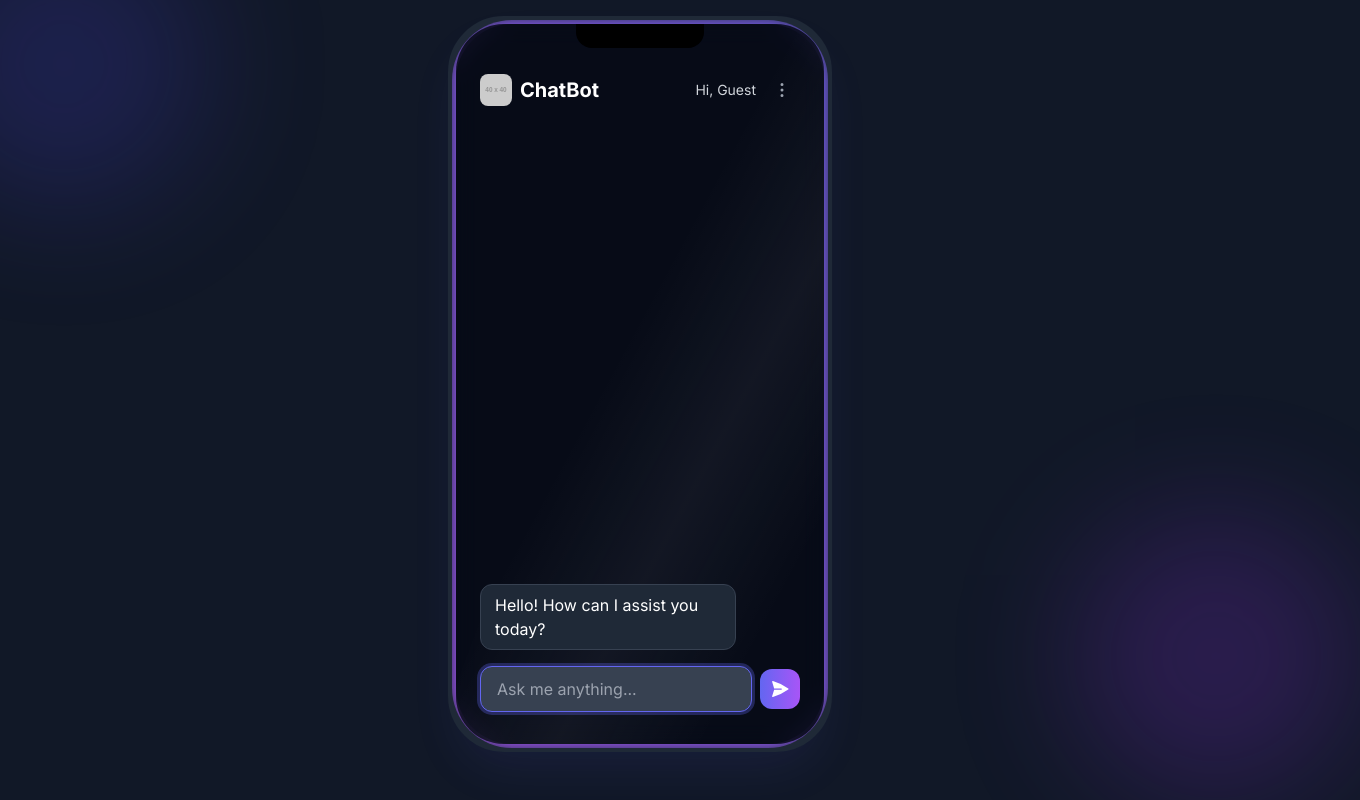
Repository: Punith-Singh/chatbot
Page: frontend/home.html
The author's editor kept a copy of each file at every save. The page is drawn from the files as they stood at one save, then again after the next save.
The browser window is 1280 px wide. The page is 1360 px wide, so the pictures cover 1360 px, including what lies to the right of the window. The pictures show the whole page.
Pictures or frames that could not be fetched are drawn as grey boxes. Some web libraries are served in a nearby version.

Above is the page before, as saved 2025-11-09 13:27:07.

After the next save:
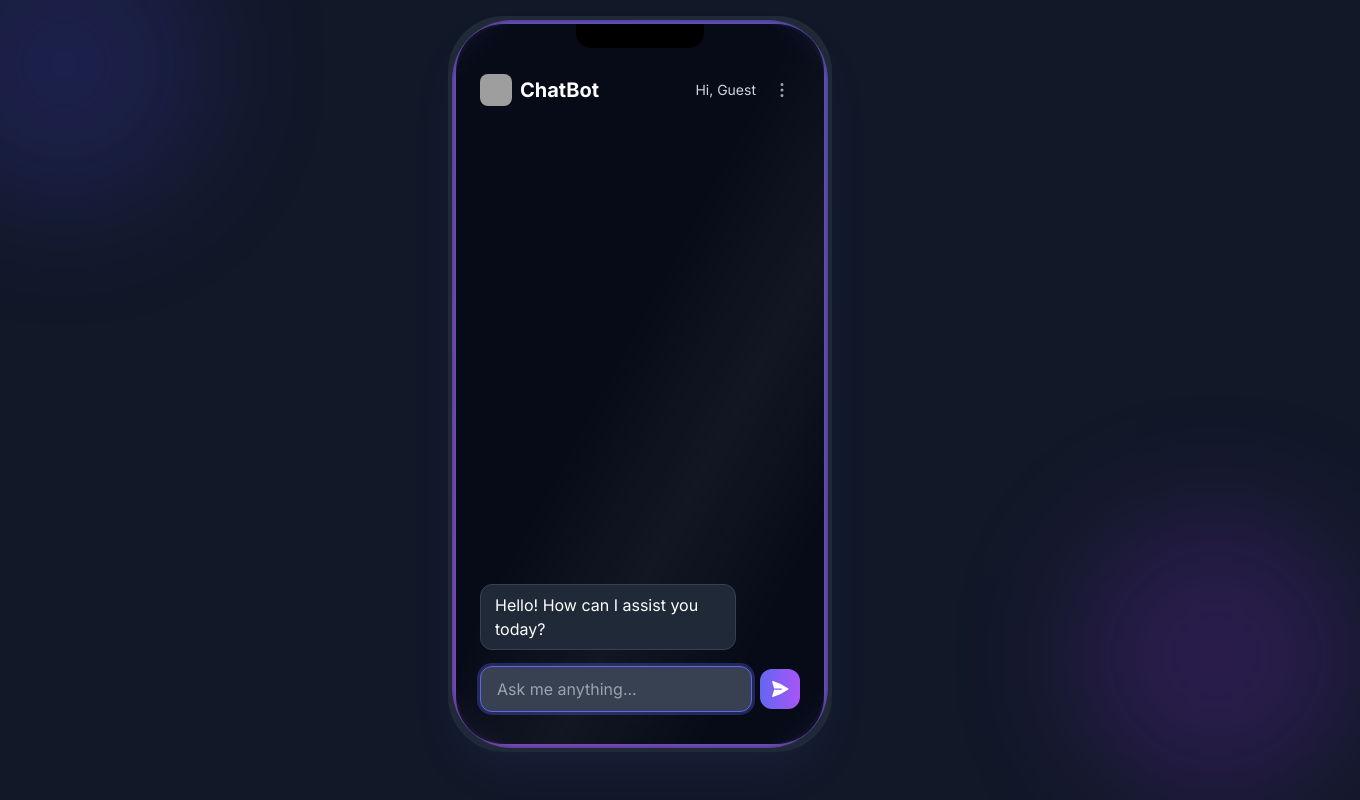
Saved 3 min 8 s later.
--- a/frontend/home.html
+++ b/frontend/home.html
@@ -233,7 +233,7 @@
           <div class="navbar flex justify-between items-center mb-4 flex-shrink-0 z-30 px-6">
             <div class="logo flex items-center gap-2 text-xl font-bold text-white">
               <img
-                src="https://placehold.co/40x40/7c3aed/ffffff?text=AI"
+                src="
                 alt="ChatBot Icon"
                 class="w-8 h-8 rounded-lg"
                 onerror="this.src='https://placehold.co/40x40/7c3aed/ffffff?text=AI'"
